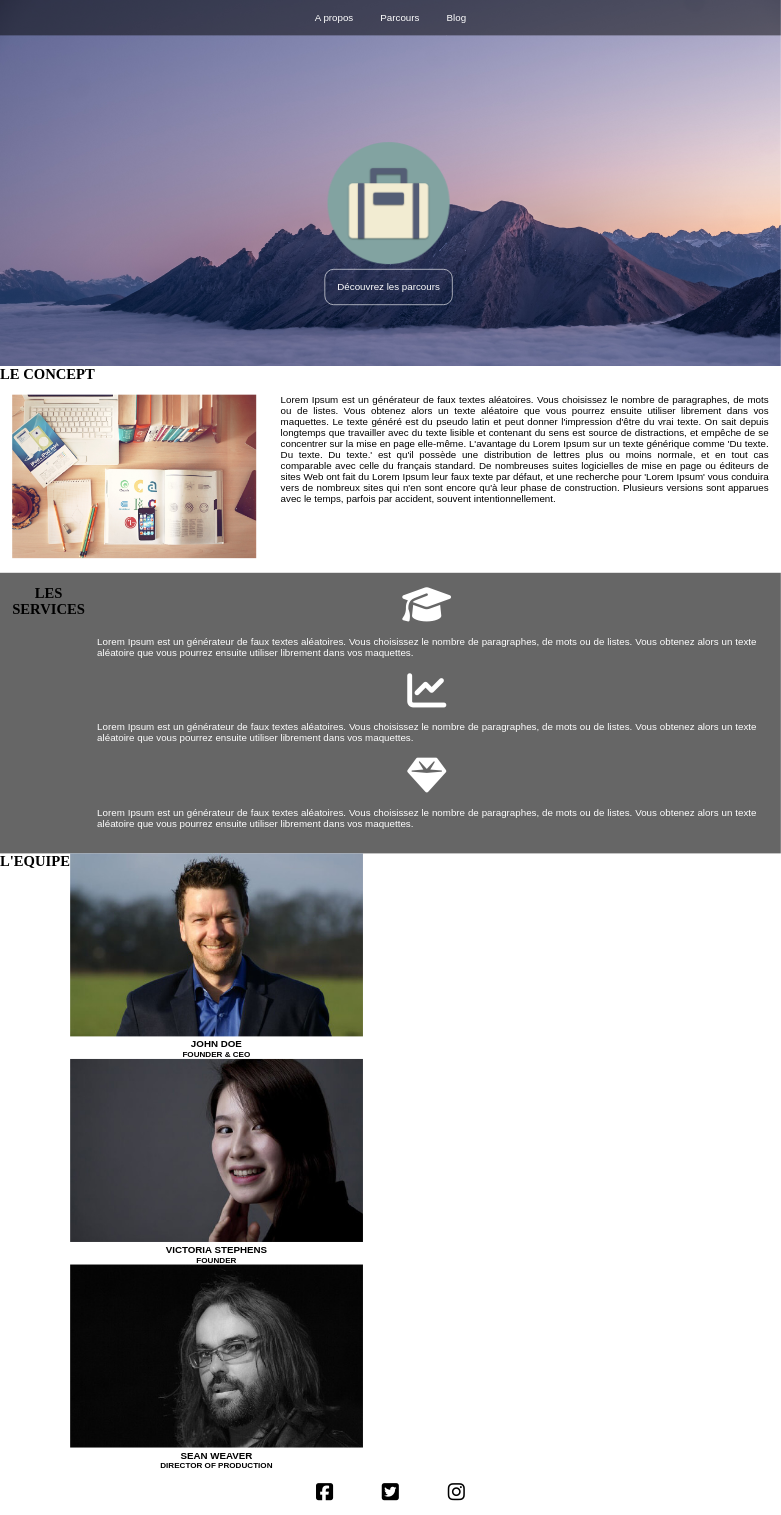
Repository: georeyff/WordPressThemes
Page: agenceVoyageInitial/index.html
These files come from the project's save history. The page is drawn as it stood at one moment and after the next save; the edit follows.
The browser window is 1280 px wide. The pictures show the whole page, at 61% of full size.
Some web fonts or font styles are not loaded; a fallback is used. Some web libraries are served in a nearby version.

Above is the page before, as saved 2020-11-26 17:15:27.

### agenceVoyageInitial/index.html
<!DOCTYPE html>

<html>

  <head>
    <meta name="viewport" content="width=device-width, initial-scale=1, maximum-scale=1">
    <!-- Global site tag (gtag.js) - Google Analytics -->
    <script async src="https://www.googletagmanager.com/gtag/js?id=UA-117493411-1"></script>
    <title>Agence de voyages</title>
    <link rel="stylesheet" type="text/css" href="style.css">

    <meta charset="utf-8">


    <link href="https://fonts.googleapis.com/css?family=Lobster" rel="stylesheet">
  <script src="https://kit.fontawesome.com/00a3624a11.js" crossorigin="anonymous"></script>
  </head>

  <body>

    <section id="hero">
      <nav>
        <a href="#" target="_blank">A propos</a>
        <a href="#" target="_blank">Parcours</a>
        <a href="#" target="_blank">Blog</a>
      </nav><!--Ici, on referme la balise nav-->
      <div id="bandeau">
        <div id="contenu">
          <div class="contenu-logo">
            <img src="logo-valise.png" alt="logo Agence de Voyages" width="200px"/>
          </div>
          <div class="contenu-cta">
            <a href="#">Découvrez les parcours</a>
          </div>

        </div><!--Ici, on referme la div contenu-->
      </div><!-- Ici, on referme la div bandeau-->

    </section><!--Ici, on referme la balise section-->

    <section id="apropos-section">
        <h2>LE CONCEPT</h2>
        <div id="apropos">
          <div id="apropos_image">

            <img src="images/office.jpg" alt="bureau"/>

           </div><!-- Referme apropos_image-->
            <div id="apropos_texte">
             <p>
               Lorem Ipsum est un générateur de faux textes aléatoires. Vous choisissez le nombre de paragraphes, de mots ou de listes. Vous obtenez alors un texte aléatoire que vous pourrez ensuite utiliser librement dans vos maquettes. Le texte généré est du pseudo latin et peut donner l'impression d'être du vrai texte. On sait depuis longtemps que travailler avec du texte lisible et contenant du sens est source de distractions, et empêche de se concentrer sur la mise en page elle-même. L'avantage du Lorem Ipsum sur un texte générique comme 'Du texte. Du texte. Du texte.' est qu'il possède une distribution de lettres plus ou moins normale, et en tout cas comparable avec celle du français standard. De nombreuses suites logicielles de mise en page ou éditeurs de sites Web ont fait du Lorem Ipsum leur faux texte par défaut, et une recherche pour 'Lorem Ipsum' vous conduira vers de nombreux sites qui n'en sont encore qu'à leur phase de construction. Plusieurs versions sont apparues avec le temps, parfois par accident, souvent intentionnellement.
             </p>
           </div><!-- Referme apropos_texte -->
        </div>
    </section><!--Ici, on referme la section apropos-->

    <section id="services">
      <h2>LES SERVICES</h2>
      <div id="services-section">
        <div class="services_item">
          <i class="fas fa-graduation-cap fa-4x"></i>
          <p>
            Lorem Ipsum est un générateur de faux textes aléatoires. Vous choisissez le nombre de paragraphes, de mots ou de listes. Vous obtenez alors un texte aléatoire que vous pourrez ensuite utiliser librement dans vos maquettes.
          </p>
        </div><!-- Referme services_item -->
        <div class="services_item">
          <i class="fas fa-chart-line fa-4x"></i>
          <p>
            Lorem Ipsum est un générateur de faux textes aléatoires. Vous choisissez le nombre de paragraphes, de mots ou de listes. Vous obtenez alors un texte aléatoire que vous pourrez ensuite utiliser librement dans vos maquettes.
          </p>
        </div><!-- Referme services_item -->
        <div class="services_item">
          <i class="fas fa-gem fa-4x"></i>
          <p>
            Lorem Ipsum est un générateur de faux textes aléatoires. Vous choisissez le nombre de paragraphes, de mots ou de listes. Vous obtenez alors un texte aléatoire que vous pourrez ensuite utiliser librement dans vos maquettes.
        </div><!-- Referme services_item -->
      </div>

    </section><!--Ici, on referme la section services-->
    <section id="team">
      <h2>L'EQUIPE</h2>
      <div id="team-section">
        <div class="team_item">
          <img src="team1.jpg">
          <h4>JOHN DOE</h4>
          <h5>FOUNDER & CEO</h5>
        </div><!-- Referme services_item -->
        <div class="team_item">
          <img src="team2.jpg">
          <h4>VICTORIA STEPHENS</h4>
          <h5>FOUNDER</h5>
        </div><!-- Referme services_item -->
        <div class="team_item">
          <img src="team3.jpg">
          <h4>SEAN WEAVER</h4>
          <h5>DIRECTOR OF PRODUCTION</h5>
        </div><!-- Referme services_item -->
      </div>

    </section><!--Ici, on referme la section services-->



    <footer>
      <div class="social">
        <a href="http://facebook.fr" target="_blank"><i class="fab fa-facebook-square fa-2x"></i></a>
      </div>
       <div class="social">
        <a href="http://twitter.fr" target="_blank"><i class="fab fa-twitter-square fa-2x"></i></a>
      </div>
      <div class="social">
        <a href="http://instagram.fr" target="_blank"><i class="fab fa-instagram fa-2x"></i></a>
      </div>
    </footer><!--Ici, on referme la balise footer-->






<!-- MODAL -->
<div id="leadModal" class="modal">

  <!-- BLOC CENTRAL -->
  <div class="modalBloc">
    <!-- Une icône -->
    <div class="modalIcon">
      <i class="fas fa-mug-hot fa-9x"></i>
    </div>
    <!-- Titre - Image - Sous-titre -->
    <div class="modalText">
      <h4 class="modalTextTitle">Continuez la lecture</h4>
      <img src="./images/seo.jpg">
      <h5 class="modalTextSubtitle">
        Prochain article : les 5 outils clés du SEO
      </h5>
    </div>
    <div class="modalBtn">
      <a href="#">Je continue</a>

      <a href="#" id="btnNo">Non merci, je ne préfère pas savoir</a>

    </div>
  </div><!-- Ici on referme modalBloc -->

</div><!-- Ici on referme leadModal -->




  <!-- BLOC FOND BLANC -->
<!--   <div class="modalMessage">
    <div class="modalIcon">
      <i class="fas fa-mug-hot fa-9x"></i>
    </div>
    <div class="modalText">
      <h4 class="modalTextTitle">Continuez la lecture</h4>
      <img src="./images/seo.jpg" width="300">
      <h5 class="modalTextSubtitle">Prochain article : les 5 outils clés du SEO</h5>
    </div>
    <div class="modalBtn">
      <a href="#">Je continue</a>
      <a href="#">Non merci, je ne préfère pas savoir</a>
    </div>

    <span class="close">&times;</span>
  </div> -->
<!-- SCRIPT POUR DECLENCHER UNE BOITE DE DIALOGUE + REDIRECTION -->
<!-- <script type="text/javascript">
  console.log('test depuis ligne 169');
  window.alert('Etes-vous sûr ?');
  window.location.href='http://someplace.com';
</script> -->



  <!-- <script src="script.js"></script> -->

  </body>

</html>

### agenceVoyageInitial/style.css
*{
  margin:0;
  padding:0;
}
@font-face {
    font-family: 'lunaregular';
    src: url('./fonts/luna-webfont.woff2') format('woff2'),
         url('./fonts/luna-webfont.woff') format('woff'),
         url('./fonts/luna.ttf');
    font-weight: normal;
    font-style: normal;
}

html{
  font-family: 'arial';
  font-size: 16px;
}

h1{
  color: black;/*rgb(0,0,0) ou #000 */
  font-size: 24px;
  font-family: 'lunaregular';
}
h2{
  color: black;
  font-family: 'Lobster', cursive;
}
h3{
  color: black;
}
a{
  color: white;
  text-decoration: none;
  padding : 20px;
}

#hero{
  background: url('images/bg.jpg');
  background-repeat: no-repeat;
  background-size: cover;
  /*height: 100%;pour prendre en compte les dimensions de padding à l'intérieur de cette grande DIV*/

  height: 600px;
  position: relative;

}

nav{
  background-color: rgba(0,0,0,0.5);
  text-align: center;
  padding: 20px;
}

#bandeau{
  /* margin-top: 10%; /* 10% de la largeur de la fenêtre */
  /* margin-bottom: 10%; */
  position: absolute;
  bottom: 20%;
  left: 40%;
  /* line-height: 600px; */
  /* background-color: rgba(255,255,255,0.5); */
}
.contenu-logo{
  margin: 25px;
}
#contenu{
  text-align: center;
  /* padding: 10%;10% de la largeur de la fenêtre */
}
#contenu a{
  color : rgb(255, 255, 255);
  border : 1px solid rgb(255, 255, 255);
  border-radius: 15px;
  padding: 20px;
  transition: all 1s;
  -webkit-transform: rotate(20deg);
}
#contenu a:hover{
  color : rgb(255, 255, 255);
  border : 1px solid rgba(92, 92, 92, 0.8);
  background-color: rgba(92, 92, 92, 0.8); */
  -ms-transform: rotate(20deg); /* IE 9 */
  -webkit-transform: rotate(20deg); /* Safari */
  transform: rotate(20deg);
}

#apropos{
  background-color: white;
  display: flex;
}

#apropos_image{
  padding: 20px;
  flex: 1;
}

#apropos_texte{
  padding: 20px;
  flex: 2;
  text-align: justify;
}

#apropos_image img{
  flex:1;
  max-width: 100%;/*L'image prend au maximum la largeur de son contenant, soit 100% de 1/3*/
}
#services{
  display : flex;
  background-color: #666;
  color: white;
  padding : 20px;
  text-align: center;
}
.services_item p{
  text-align: justify;
  padding: 20px;
}
#team{
  display : flex;
  text-align: center;
}
.team_item{
  flex: 1;
}
.team_item img{
  width: 100%;
}
.team_item p{
  text-align: justify;
  padding: 20px;
}
#lead{
  display: flex;
  justify-content: center;
  background-color: #e74c3c;
  color: white;
}
#lead h2{
  color: white;
}
.form{
  padding: 20px;
}

footer{
  display: flex;
  justify-content: center;
}

footer a{
  color: black;
}

footer a:hover{
  color: #e74c3c;
}

.social{
  padding: 20px;
}



#mce-success-response{
  color: white!important;
}

/* Le modal*/
.modal {
  display: none;  /*Caché par défaut*/
  position: fixed; /* Nécessaire pour positionner la DIV au bon endroit */
  z-index: 1; /* Se place au-dessus */
  left: 0;/*Collé au bord gauche*/
  top: 0;/*Collé au bord haut*/



  /* Pour pouvoir faire défiler le contenu */
  overflow: auto;

  background-color: rgba(243,235,72, 0.76); /* Jaune avec une transparence */
  height: 100%; /* Pleine hauteur */
  width: 100%; /* Pleine largeur */
  z-index: 1; /* Se place au-dessus */


}



/* Le Bloc Central*/
.modalBloc{
  margin: 10% auto;
  padding: 20px;
  width: 50%;
  text-align: center;
  background-color: white;
  color: black;
  border-top: 10px solid black;
}

.modalTextTitle{
  font-size: 60px;
  font-family: 'Lobster', cursive;
}
.modalTextSubtitle{
  font-size: 20px;
}
.modalText img{
  width: 60%;
}


.modalBtn{
  margin: 5%;
}
.modalBtn a{
  color: white;
  background-color:black;
}
.modalBtn a:hover{
  opacity: 0.7;
}

@media screen and (max-width: 414px){
  /*ICI LES PRECEDENTES DECLARATIONS*/
  .modalTextTitle{
    font-size:40px;
  }
  .modalBtn a{
    display: block;
    margin-bottom: 5%;
  }


  #apropos{
   flex-direction: column;
  }/*Ici, on referme la déclaration #apropos*/
  #services{
    flex-direction: column;
  }/*Ici, on referme la déclaration #services*/



}/*Ici, on referme la media query*/

After the next save:
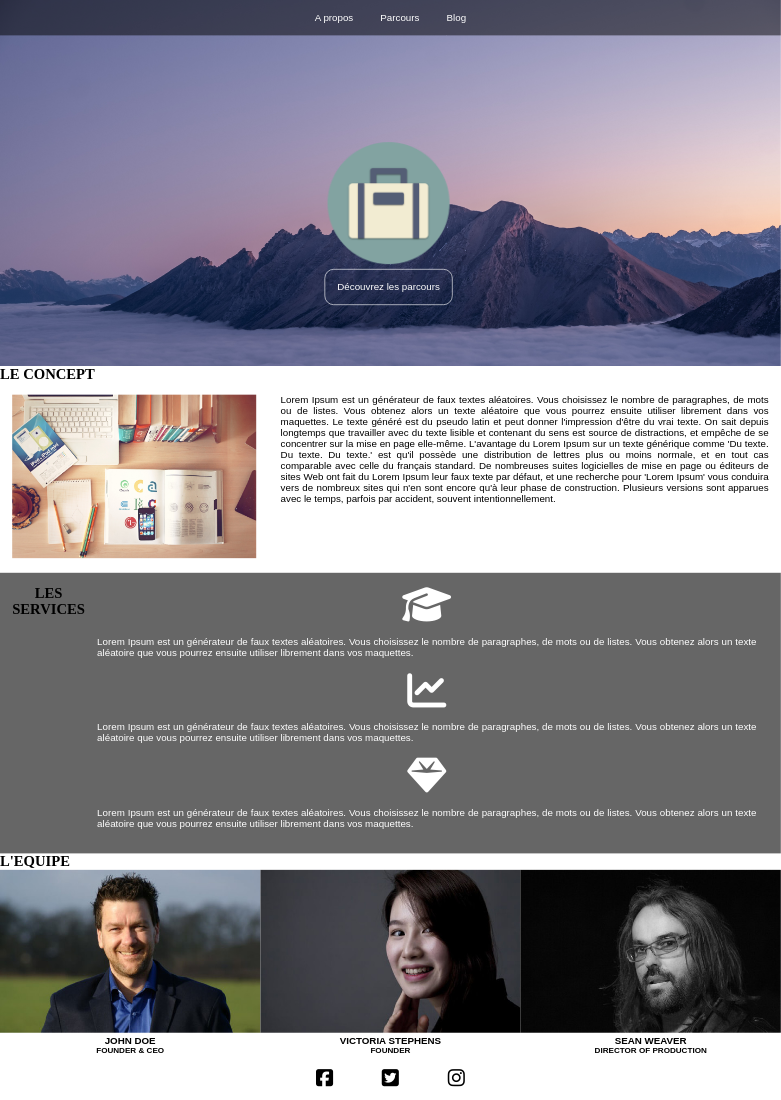
Saved 19 s later.
--- a/agenceVoyageInitial/index.html
+++ b/agenceVoyageInitial/index.html
@@ -77,9 +77,9 @@
       </div>
 
     </section><!--Ici, on referme la section services-->
-    <section id="team">
+    <section id="team-section">
       <h2>L'EQUIPE</h2>
-      <div id="team-section">
+      <div id="team">
         <div class="team_item">
           <img src="team1.jpg">
           <h4>JOHN DOE</h4>
